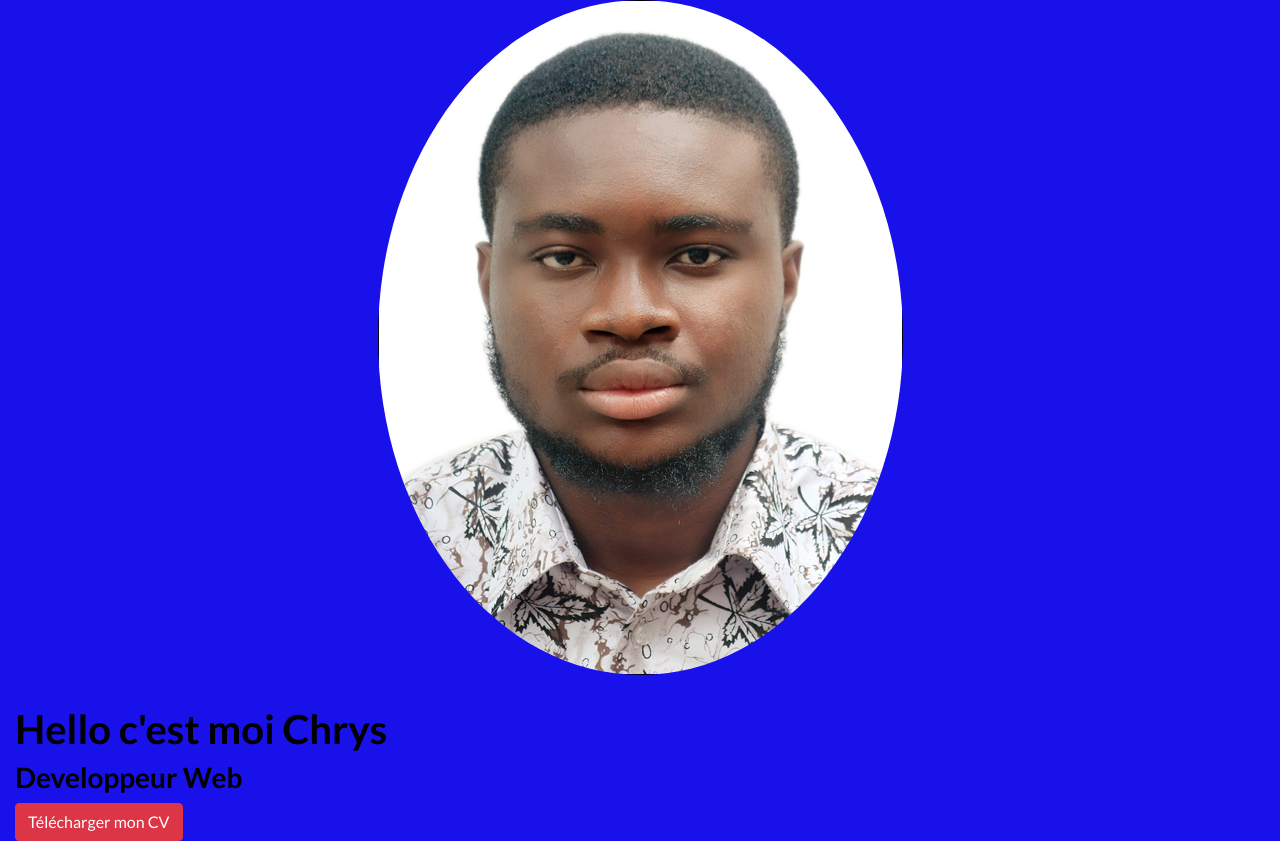
Repository: CHRYSOVR/CV_en_ligne_Interactif
Page: index.html
The author's editor kept a copy of each file at every save. The page is drawn from the files as they stood at one save, then again after the next save.
The browser window is 1280 px wide. The pictures show the whole page.

Above is the page before, as saved 2025-07-07 15:06:42.
Console error: TypeError: Cannot read properties of undefined (reading 'fn')

### index.html
<!DOCTYPE html>
<html lang="fr">
<head>
    <meta charset="UTF-8">
    <meta name="viewport" content="width=device-width, initial-scale=1.0">
    <link rel="preconnect" href="https://fonts.googleapis.com">
<link rel="preconnect" href="https://fonts.gstatic.com" crossorigin>
<link href="https://fonts.googleapis.com/css2?family=Lato:ital,wght@0,100;0,300;0,400;0,700;0,900;1,100;1,300;1,400;1,700;1,900&display=swap" rel="stylesheet">
<link rel="stylesheet" href="https://cdn.jsdelivr.net/npm/bootstrap@4.0.0/dist/css/bootstrap.min.css" integrity="sha384-Gn5384xqQ1aoWXA+058RXPxPg6fy4IWvTNh0E263XmFcJlSAwiGgFAW/dAiS6JXm" crossorigin="anonymous">
<script src="https://cdn.jsdelivr.net/npm/bootstrap@4.0.0/dist/js/bootstrap.min.js" integrity="sha384-JZR6Spejh4U02d8jOt6vLEHfe/JQGiRRSQQxSfFWpi1MquVdAyjUar5+76PVCmYl" crossorigin="anonymous"></script>
    <link rel="stylesheet" href="css/style.css">
    <script src="js/script.js"></script>
    <title>CV SANNE-TIA</title>
</head>
<body>
  <section id="about" class="container-fluid">
    <div class="profile-picture" ><img src="images/Me.JPG" alt="photo sanne-tia" class="rounded-circle" ></div>
    <h1>Hello c'est moi Chrys</h1 >
     <h3>Developpeur Web</h3>
     <a href="documents/CV_Sanne-Tia.pdf" class="btn btn-danger" target="_blank">Télécharger mon CV</a>
  </div>
    </section>
</body>
</html>

### css/style.css
/*GENERAL*/

body{
    font-family: 'Lato', sans-serif;

}
h1,h2,h3,h4,h5,h6{
    font-weight: bold;
    color:black;
}
/*ABOUT*/
#about{
    background-color: #1911e9;

}
.profile-picture{
    text-align: center;
    margin: 0 auto 30px;

}

Loaded but not shown: js/script.js (no stored copy; drawn as an empty file)

After the next save:
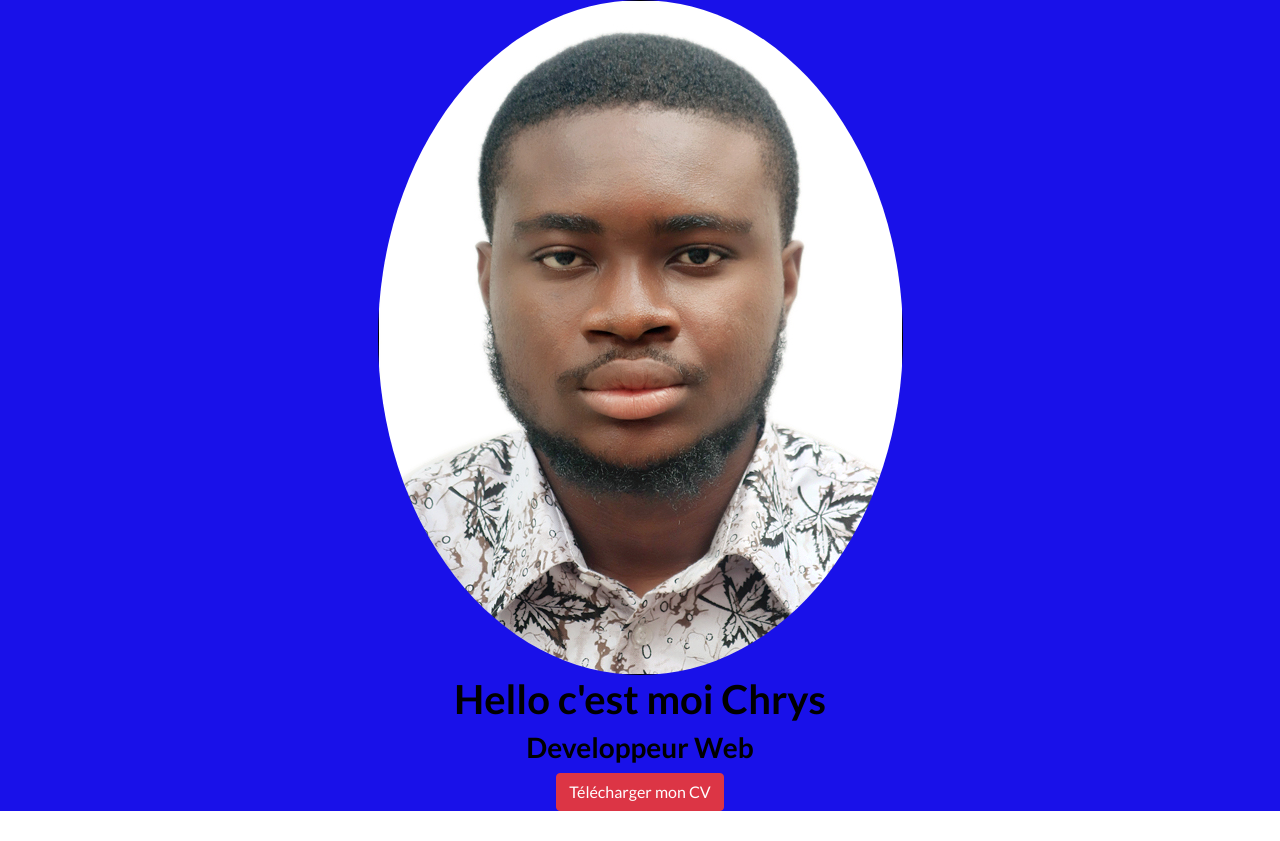
Saved 40 s later.
--- a/index.html
+++ b/index.html
@@ -14,7 +14,7 @@
 </head>
 <body>
   <section id="about" class="container-fluid">
-    <div class="profile-picture" ><img src="images/Me.JPG" alt="photo sanne-tia" class="rounded-circle" ></div>
+    <div class="profile-picture" ><img src="images/Me.JPG" alt="photo sanne-tia" class="rounded-circle" >
     <h1>Hello c'est moi Chrys</h1 >
      <h3>Developpeur Web</h3>
      <a href="documents/CV_Sanne-Tia.pdf" class="btn btn-danger" target="_blank">Télécharger mon CV</a>
